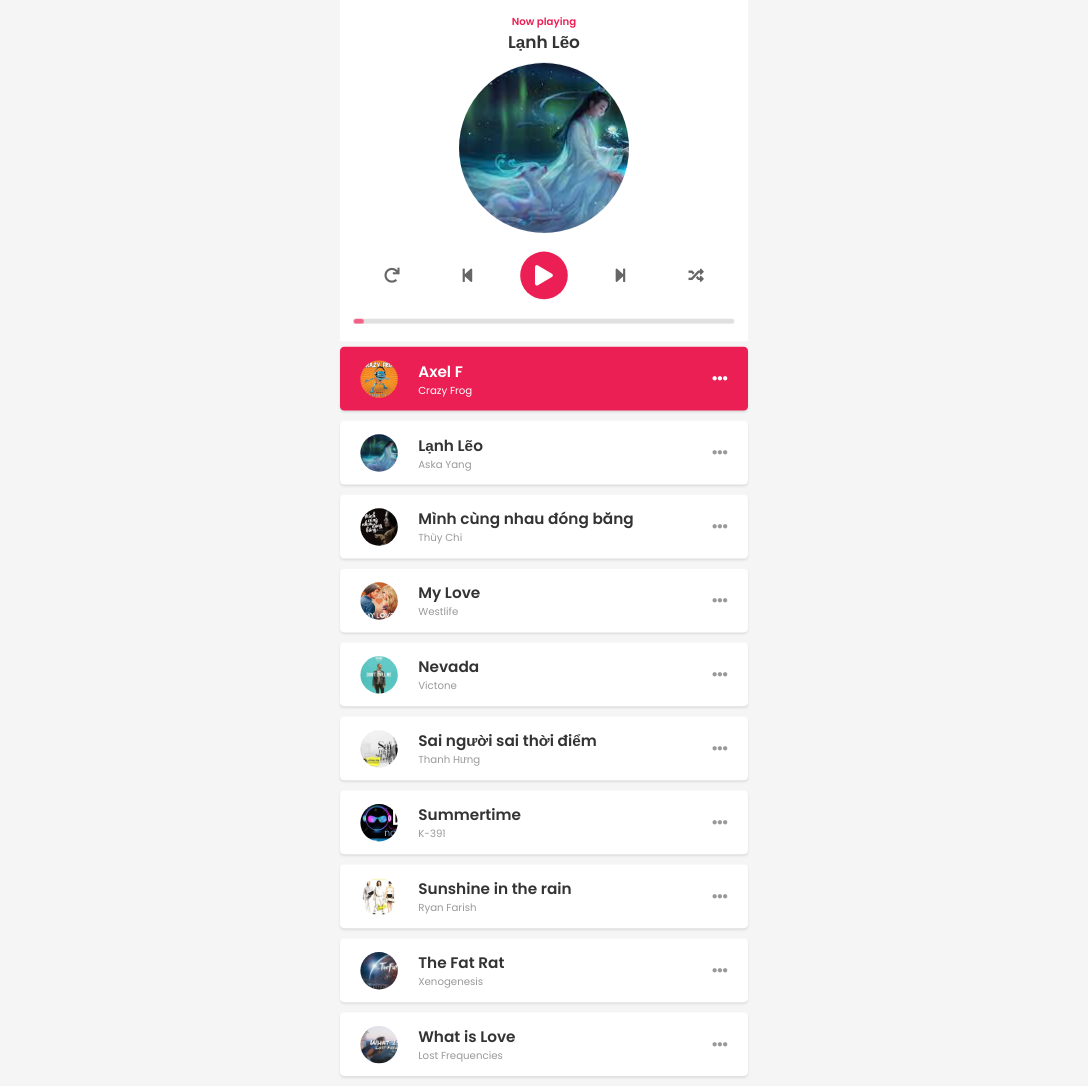
Repository: NBlue/Music_Player
Page: index.html
The author's editor kept a copy of each file at every save. The page is drawn from the files as they stood at one save, then again after the next save.
The browser window is 1280 px wide. The pictures show the whole page, at 85% of full size.
After loading, the first visible `div.btn-next` was clicked once.

Above is the page before, as saved 2021-10-16 09:40:57.

After the next save:
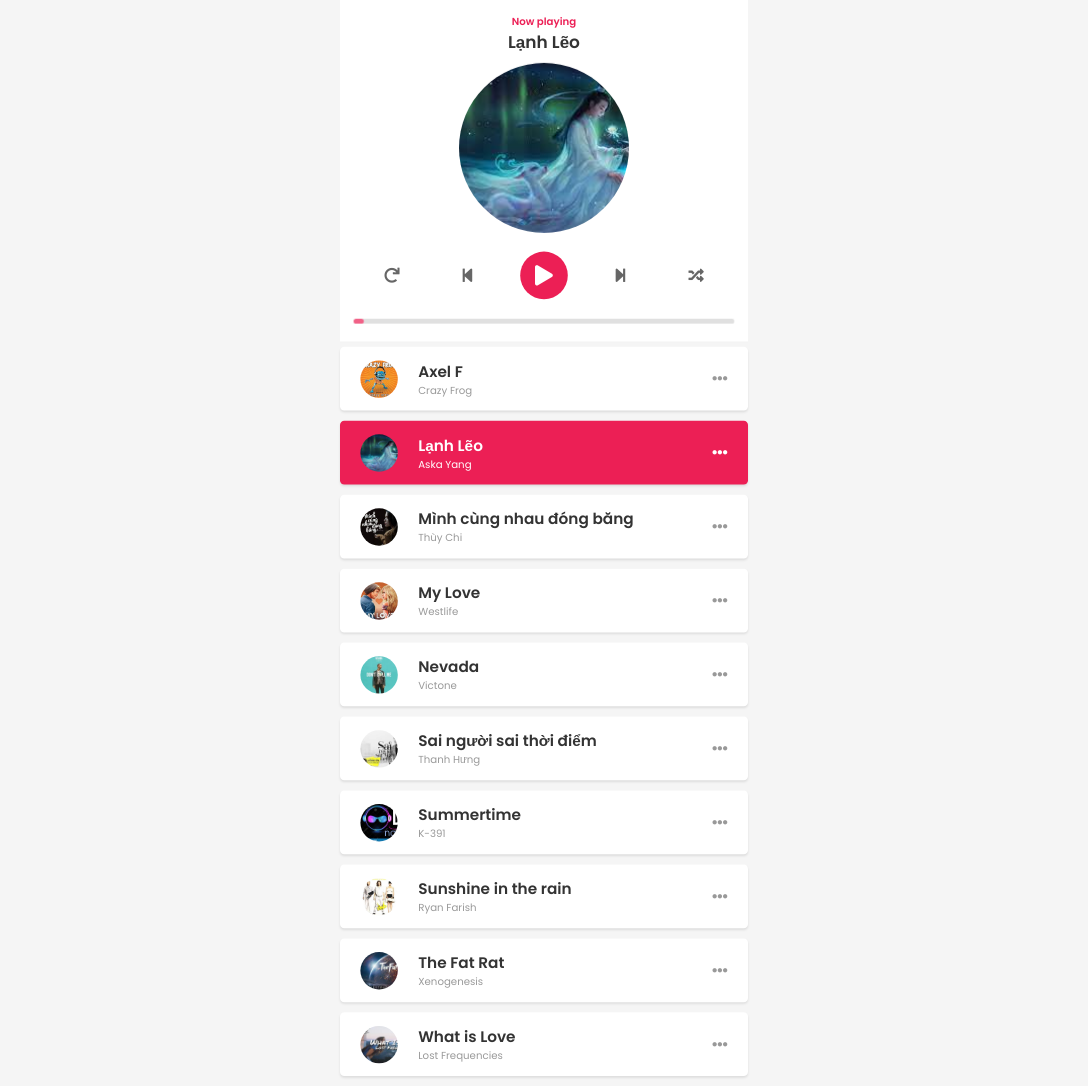
Saved 7 min 45 s later.
--- a/main.js
+++ b/main.js
@@ -269,8 +269,9 @@
             } else {
                 app.nextSong();
             }
-            let activeSong = $(".song.active");
-            activeSong.classList.remove("active");
+            // let activeSong = $(".song.active");
+            // activeSong.classList.remove("active");
+            // if(app.currentIndex) {}
 
             audio.play();
         };
@@ -283,6 +284,7 @@
             this.currentIndex = 0;
         }
         this.loadCurrentSong(); // Khi xong chỉ số thì phải load bài hát
+        app.render();
     },
     prevSong: function () {
         this.currentIndex--;

After the 3 saves that followed:
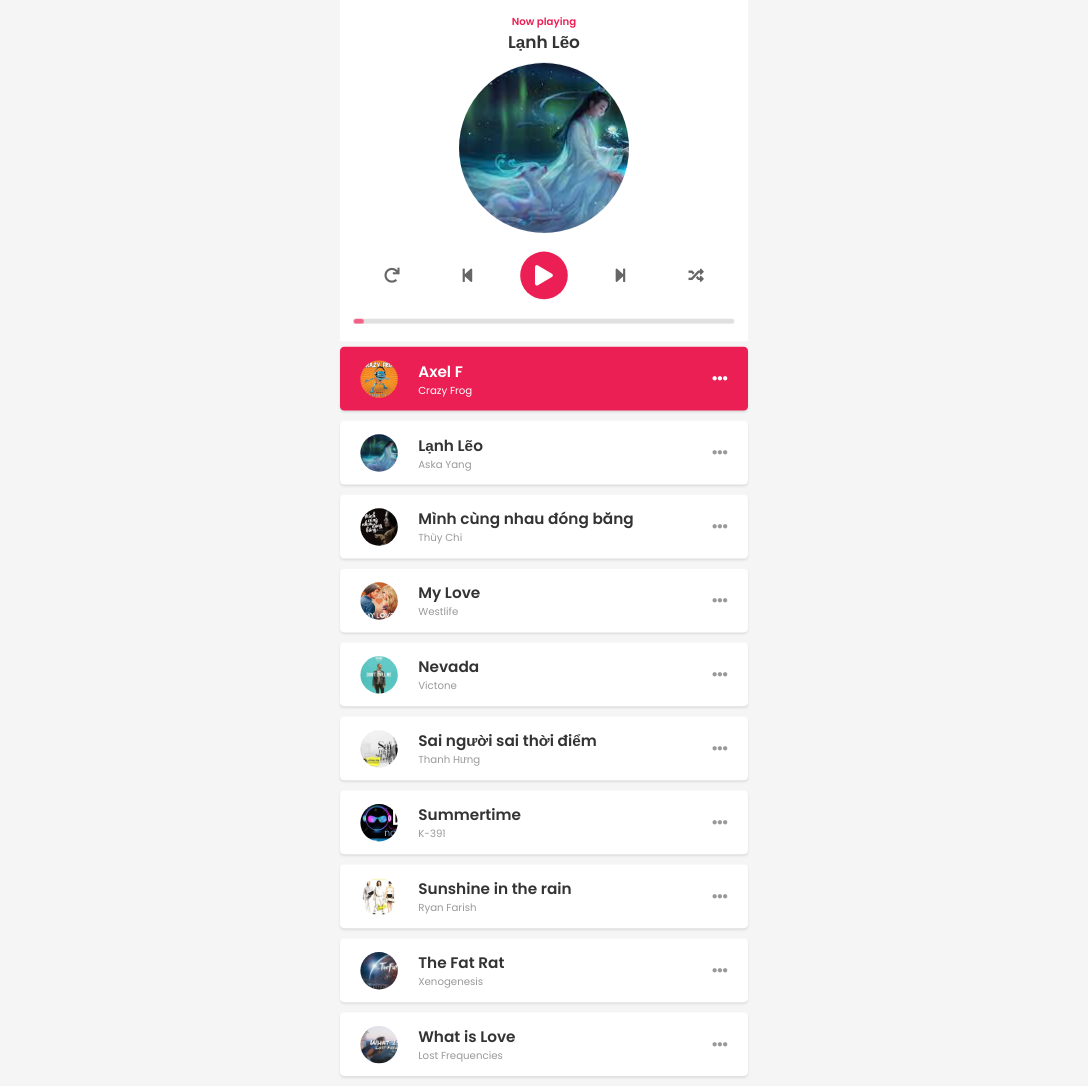
The 3 saves are shown as one change because 2 left the picture as it was.
The last was saved 10 min 58 s later.
--- a/main.js
+++ b/main.js
@@ -269,9 +269,16 @@
             } else {
                 app.nextSong();
             }
-            // let activeSong = $(".song.active");
-            // activeSong.classList.remove("active");
-            // if(app.currentIndex) {}
+            // Cách active song kế tiếp của mình
+            let activeSong = $(".song.active");
+            activeSong.classList.remove("active");
+            console.log(app.currentIndex);
+            for (let i = 0; i < songs.length; i++) {
+                if (i == currentIndex) {
+                    songs[i].classList.add("active");
+                    break;
+                }
+            }
 
             audio.play();
         };
@@ -284,7 +291,7 @@
             this.currentIndex = 0;
         }
         this.loadCurrentSong(); // Khi xong chỉ số thì phải load bài hát
-        app.render();
+        //app.render(); //Cách anh Sơn để làm active song kế tiếp
     },
     prevSong: function () {
         this.currentIndex--;
